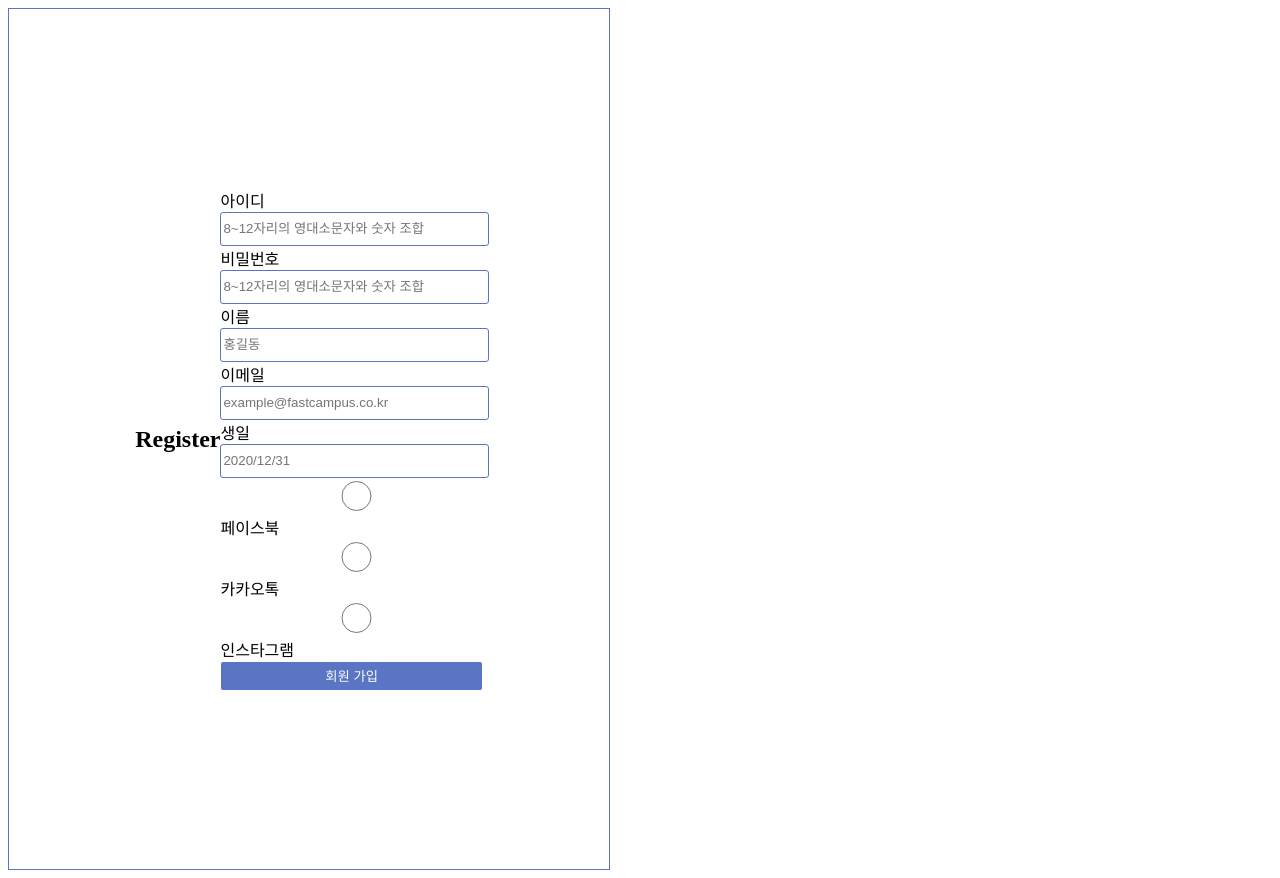
Repository: ksj2001/SpringBasic2024
Page: http://localhost/MVC_join/
These files come from the project's save history. The page is drawn as it stood at one moment and after the next save; the edit follows.
The browser window is 1280 px wide. The pictures show the whole page.
The page is served by Tomcat 9.

Above is the page before, as saved 2024-07-02 15:03:05.

After the next save:
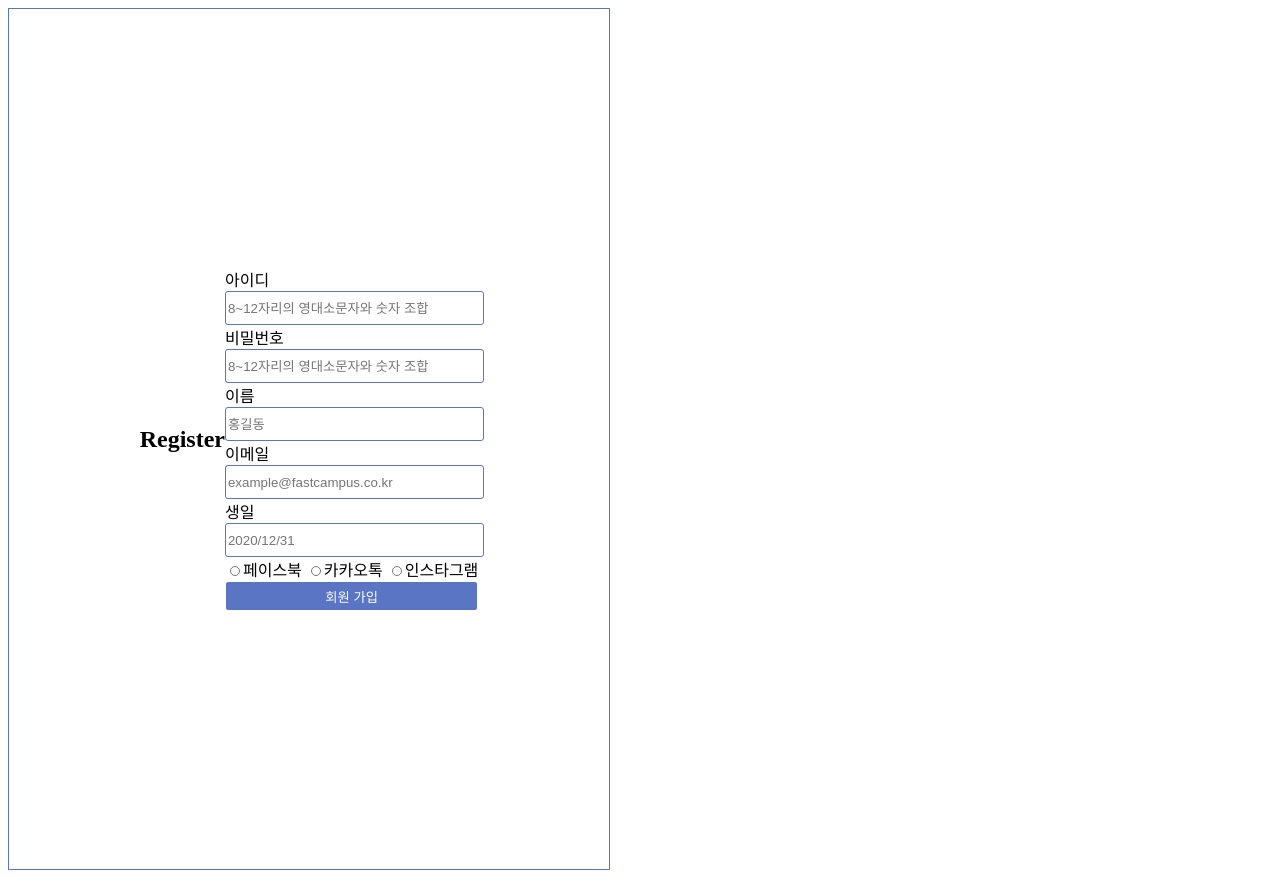
Saved 15 min 29 s later.
--- a/MVC_join/src/main/webapp/WEB-INF/views/index.jsp
+++ b/MVC_join/src/main/webapp/WEB-INF/views/index.jsp
@@ -20,6 +20,10 @@
 		height: 30px;
 		border: 1px solid #5975C4;
 		border-radius: 3px;
+	}
+	input[type=radio]{
+		width:10px;
+		height:10px;
 	}
 	input[type=submit]{
 		border-color: white;
